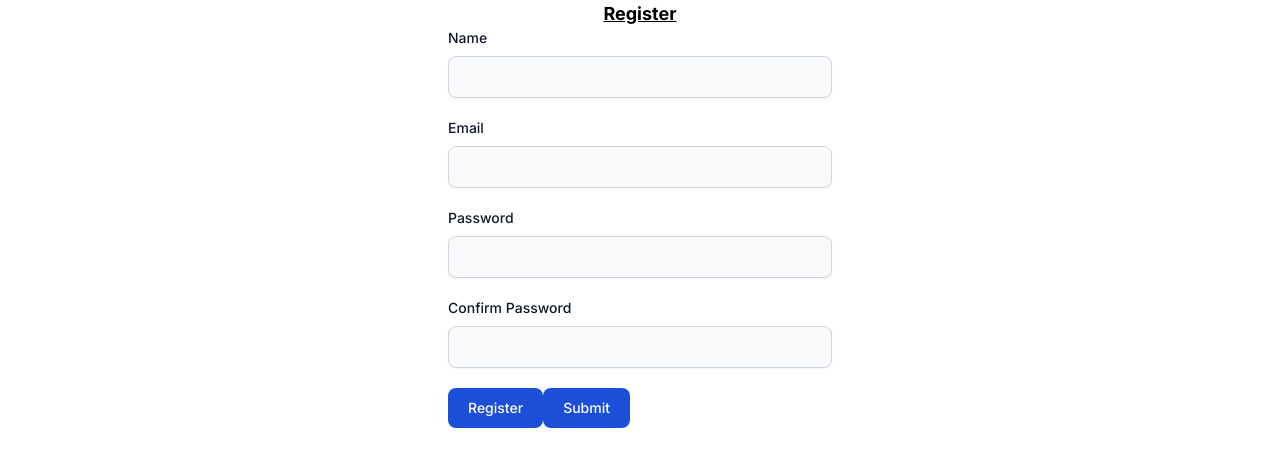
Repository: fatimash2123/next-todo
Page: /register
The author's editor kept a copy of each file at every save. The page is drawn from the files as they stood at one save, then again after the next save.
The browser window is 1280 px wide. The pictures show the whole page.
The project was rebuilt for these pictures with package versions that can differ from the ones it lists, and the page was loaded fresh each time. The framework's server and built-in components were replaced by stand-ins that run in the browser. Also part of the build but not shown: next.config.mjs.

Above is the page before, as saved 2024-02-13 13:05:36.

After the next save:
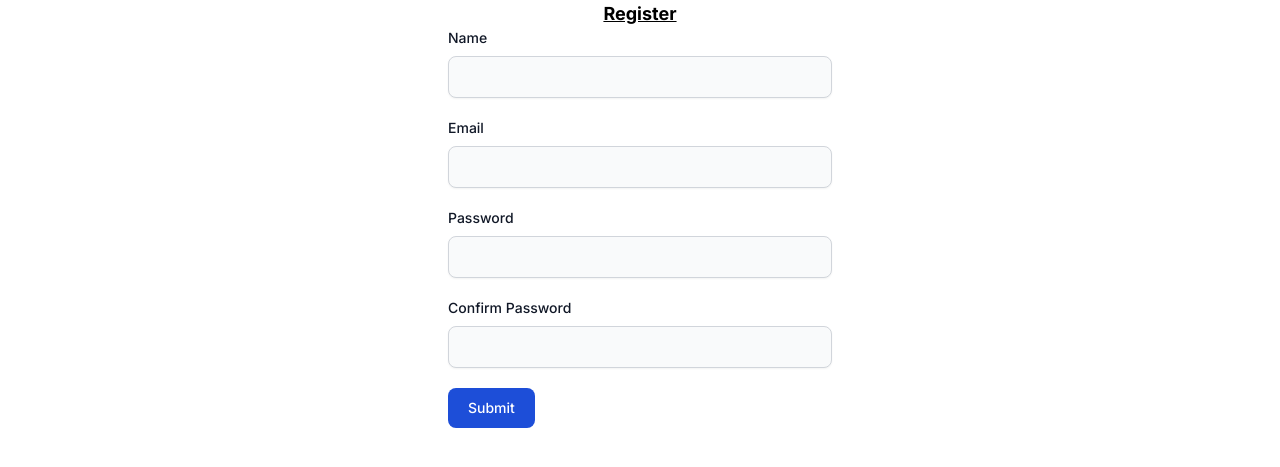
Saved 5 s later.
--- a/app/register/page.tsx
+++ b/app/register/page.tsx
@@ -23,7 +23,7 @@ export default async function Register() {
           type={"password"}
           name={"cpassword"}
         />
-        <Button title={"Register"} handleOnClick={register} />
+        {/* <Button title={"Register"} handleOnClick={register} /> */}
         <button
           type="submit"
           className="text-white bg-blue-700 hover:bg-blue-800 focus:ring-4 focus:outline-none focus:ring-blue-300 font-medium rounded-lg text-sm px-5 py-2.5 text-center dark:bg-blue-600 dark:hover:bg-blue-700 dark:focus:ring-blue-800"
